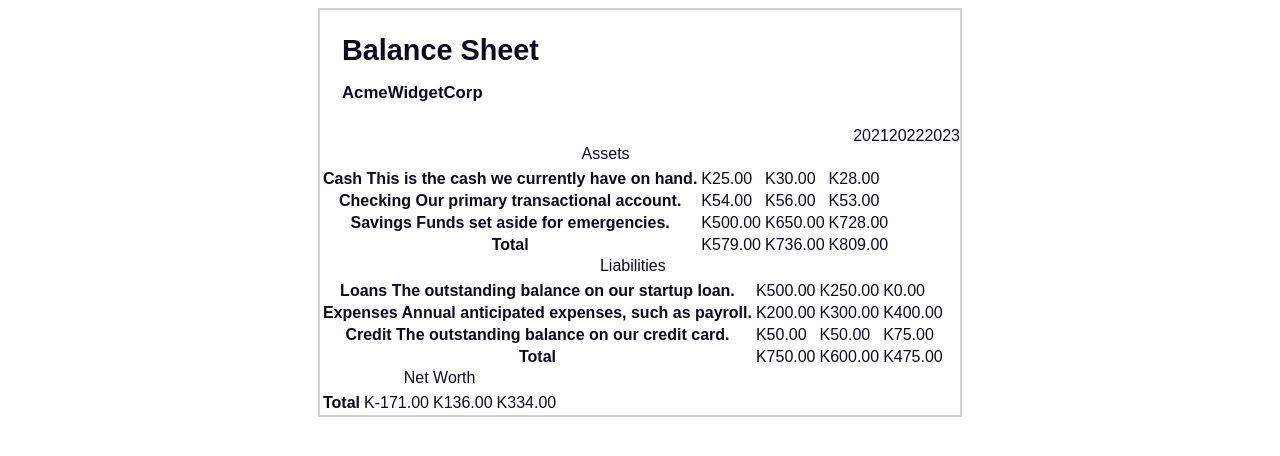
Repository: Lungdjos/balance_shee
Page: index.html
An editor plug-in stored every save of this project. The page is shown before and after a run of saves, followed by the edit.
The browser window is 1280 px wide. The pictures show the whole page.

Above is the page before, as saved 2023-11-04 09:15:50.

After the next 4 saves:
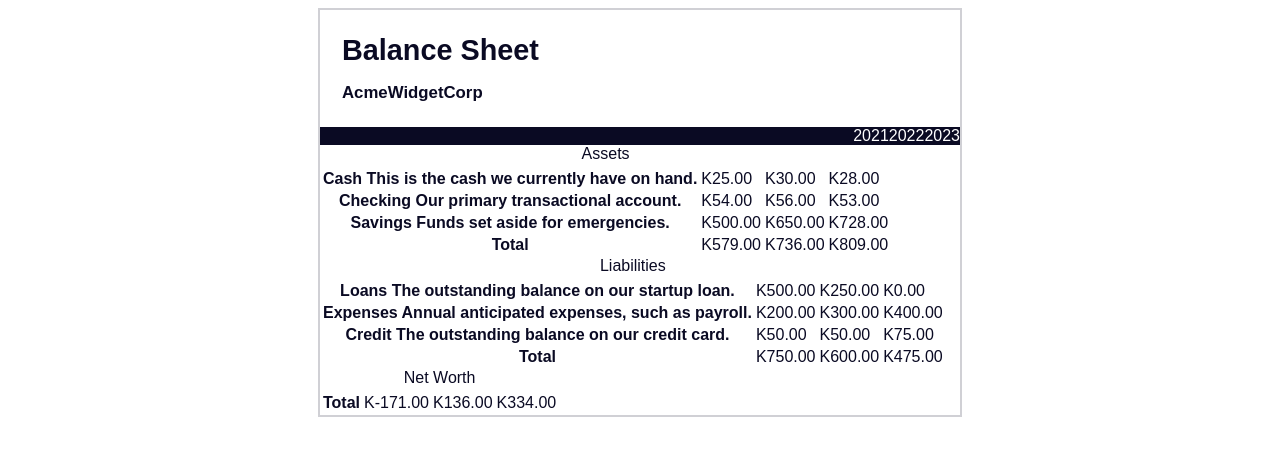
The 4 saves are shown as one change because they came seconds apart.
The last was saved 9 s later.
--- a/styles.css
+++ b/styles.css
@@ -56,5 +56,6 @@ section {
     top: 0;
     display: flex;
     justify-content: flex-end;
-    color: #ff
+    color: #fff;
+    background: #0a0a23;
 }
